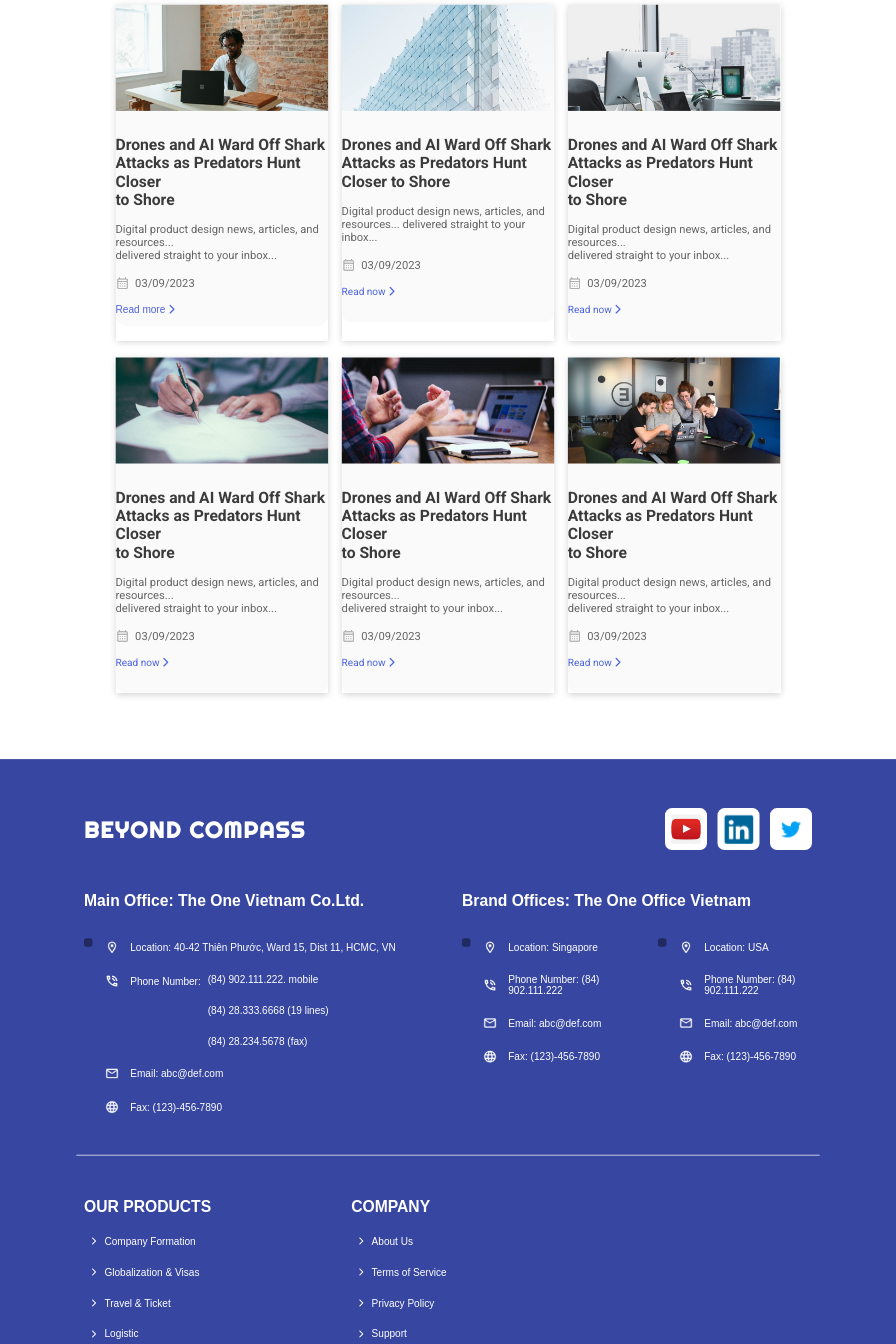
Repository: trunghau06/baitapRn
Page: pages/news.html
The author's editor kept a copy of each file at every save. The page is drawn from the files as they stood at one save, then again after a run of saves.
The browser window is 1280 px wide. The pictures show the part of the page from y = 888 to 2808 px (the page is 3019 px tall before and 2998 px after), at 70% of full size.

Above is the page before, as saved 2025-10-09 23:55:55.

### pages/news.html
<!DOCTYPE html>
<html lang="en">
<head>
    <meta charset="UTF-8">
    <meta name="viewport" content="width=device-width, initial-scale=1.0">
    <title>News</title>
    <link rel="stylesheet" href="../style/news.css?v=1">
    <link rel="stylesheet" href="https://cdnjs.cloudflare.com/ajax/libs/font-awesome/6.5.1/css/all.min.css">
    <link href="https://fonts.googleapis.com/css2?family=Roboto:wght@400;700&display=swap" rel="stylesheet">
</head>
<body>
    <!-- Thanh Header -->
    <header>
        <div class="header-Page">
            <!-- Logo -->
            <div class="logo">BEYOND COMPASS</div>

            <!-- Navigation Menu -->
            <nav>
                <ul>
                    <li><a href="../index.html"              >HOME        </a></li>
                    <li><a href="about.html"              >ABOUT US    </a></li>
                    <li><a href="product.html"            >OUR PRODUCTS</a></li>
                    <li><a href="news.html" class="active">NEWS        </a></li>
                    <li><a href="team.html"               >OUR TEAM    </a></li>
                    <li><a href="contact.html"            >CONTACT     </a></li>
                    <li><a href="blogs.html"              >BLOGS       </a></li>
                </ul>
            </nav>
        </div>
    </header>

    <div class="header-banner"></div>

    <!-- Gioi Thieu -->
    <div class="introduce-Page">
        <svg class="hexagon-small-double" viewBox="0 0 100 115" xmlns="http://www.w3.org/2000/svg">
            <polygon points="50 10, 85 30, 85 70, 50 90, 15 70, 15 30"
                    fill="#C8CFF6"
                    stroke="none"/>
            <polygon points="50 -2, 97 20, 97 80, 50 102, 3 80, 3 20"
                    fill="none"
                    stroke="#C8CFF6"
                    stroke-width="10"/>
        </svg>

        <div class="hexagon hexagon-large"></div>

         <svg class="hexagon-outline" viewBox="0 0 100 115" xmlns="http://www.w3.org/2000/svg">
            <polygon points="50 0, 93 25, 93 75, 50 100, 7 75, 7 25"
                    fill="none"
                    stroke="#C8CFF6"
                    stroke-width="2"
                    stroke-dasharray="5, 5"/>
        </svg>

        <svg class="pentagon-outline" viewBox="0 0 100 100" xmlns="http://www.w3.org/2000/svg">
            <defs>
                <linearGradient id="strokeHalfColor" x1="0%" y1="0%" x2="100%" y2="0%">
                    <stop offset="50%" style="stop-color:#FFFFFF;stop-opacity:1" />
                    <stop offset="50%" style="stop-color:#C8CFF6;stop-opacity:1" />
                </linearGradient>
            </defs>
            <polygon points="50 5, 95 40, 80 90, 20 90, 5 40"
                    fill="none"
                    stroke="url(#strokeHalfColor)"
                    stroke-width="3"
                    transform="rotate(30 50 50)"/>
        </svg>

        <svg class="pentagon-filled" viewBox="0 0 100 100" xmlns="http://www.w3.org/2000/svg">
            <polygon points="50 5, 95 40, 80 90, 20 90, 5 40"
                    fill="#C8CFF6"
                    stroke="#C8CFF6"
                    stroke-width="3"/>
        </svg>

        <h1>News</h1>

        <h3>Unveiling the Latest Developments Shaping the World</h3>
    </div>

    <div class="featured-article">
        <div class="main-featured">
            <div class="main-featured-content">
                <h3>
                    Company mission 2023
                </h3>

                <p>
                    A weekly email with our favorite articles about design, front-end
                    development, technology, and start. A collection of daily UI challenges for
                    your inspiration
                </p>

                <div class="calendar">
                    <img src="../Images/ic_calendar.png" alt="">

                    <p>03/09/2023</p>
                </div>

                <div class="detail">
                    <p>Read now <i class="fas fa-chevron-right"></i></p>
                </div>
            </div>

            <div class="main-featured-image">
                <img src="../Images/image_new_1.jpg" alt="Featured Article">
            </div>
        </div>

        <div class="box-section">
            <!-- box 1 -->
            <div class="box">
                <img src="../Images/image_new_2.jpg" alt="">

                <div class="content-box">
                    <h4>
                        Drones and AI Ward Off Shark
                        Attacks as Predators Hunt Closer <br>
                        to Shore
                    </h4>

                    <p>
                        Digital product design news, articles, and resources...<br>
                        delivered straight to your inbox...
                    </p>

                    <div class="calendar-Box">
                        <img src="../Images/ic_calendar.png" alt="">

                        <p>03/09/2023</p>
                    </div>

                    <div class="detail-Box">
                        <a href="detailNews.html">Read more <i class="fas fa-chevron-right"></i></a>
                    </div>
                </div>
            </div>

            <!-- box 2 -->
            <div class="box">
                <img src="../Images/image_new_3.jpg" alt="">

                <div class="content-box">
                    <h4>
                        Drones and AI Ward Off Shark
                        Attacks as Predators Hunt Closer
                        to Shore
                    </h4>

                    <p>
                        Digital product design news, articles, and resources...
                        delivered straight to your inbox...
                    </p>

                    <div class="calendar-Box">
                        <img src="../Images/ic_calendar.png" alt="">

                        <p>03/09/2023</p>
                    </div>

                    <div class="detail-Box">
                        <p>Read now <i class="fas fa-chevron-right"></i></p>
                    </div>
                </div>
            </div>

            <!-- box 3 -->
            <div class="box">
                <img src="../Images/image_new_4.jpg" alt="">

                <div class="content-box">
                    <h4>
                        Drones and AI Ward Off Shark<br>
                        Attacks as Predators Hunt Closer <br>
                        to Shore
                    </h4>

                    <p>
                        Digital product design news, articles, and resources...<br>
                        delivered straight to your inbox...
                    </p>

                    <div class="calendar-Box">
                        <img src="../Images/ic_calendar.png" alt="">

                        <p>03/09/2023</p>
                    </div>

                    <div class="detail-Box">
                        <p>Read now <i class="fas fa-chevron-right"></i></p>
                    </div>
                </div>
            </div>

            <!-- box 4 -->
            <div class="box">
                <img src="../Images/image_new_5.jpg" alt="">

                <div class="content-box">
                    <h4>
                        Drones and AI Ward Off Shark<br>
                        Attacks as Predators Hunt Closer <br>
                        to Shore
                    </h4>

                    <p>
                        Digital product design news, articles, and resources...<br>
                        delivered straight to your inbox...
                    </p>

                    <div class="calendar-Box">
                        <img src="../Images/ic_calendar.png" alt="">

                        <p>03/09/2023</p>
                    </div>

                    <div class="detail-Box">
                        <p>Read now <i class="fas fa-chevron-right"></i></p>
                    </div>
                </div>
            </div>

            <!-- box 5 -->
            <div class="box">
                <img src="../Images/image_new_6.jpg" alt="">

                <div class="content-box">
                    <h4>
                        Drones and AI Ward Off Shark<br>
                        Attacks as Predators Hunt Closer <br>
                        to Shore
                    </h4>

                    <p>
                        Digital product design news, articles, and resources...<br>
                        delivered straight to your inbox...
                    </p>

                    <div class="calendar-Box">
                        <img src="../Images/ic_calendar.png" alt="">

                        <p>03/09/2023</p>
                    </div>

                    <div class="detail-Box">
                        <p>Read now <i class="fas fa-chevron-right"></i></p>
                    </div>
                </div>
            </div>

            <!-- box 6 -->
            <div class="box">
                <img src="../Images/image_new_7.jpg" alt="">

                <div class="content-box">
                    <h4>
                        Drones and AI Ward Off Shark<br>
                        Attacks as Predators Hunt Closer <br>
                        to Shore
                    </h4>

                    <p>
                        Digital product design news, articles, and resources...<br>
                        delivered straight to your inbox...
                    </p>

                    <div class="calendar-Box">
                        <img src="../Images/ic_calendar.png" alt="">

                        <p>03/09/2023</p>
                    </div>

                    <div class="detail-Box">
                        <p>Read now <i class="fas fa-chevron-right"></i></p>
                    </div>
                </div>
            </div>
        </div>
    </div>

    <!-- Footer -->
    <div class="footer">
        <!-- Header -->
        <div class="header-Footer">
            <h2>BEYOND COMPASS</h2>
            <div class="social-icons">
                <button><img src="../Images/youtube.png" alt="YouTube"></button>
                <button><img src="../Images/logo_linkedin.png" alt="LinkedIn"></button>
                <button><img src="../Images/image.png" alt="Twitter"></button>
            </div>
        </div>

        <!-- Offices -->
        <div class="offices">
            <!-- Main Office -->
            <div class="office">
                <h3>Main Office: The One Vietnam Co.Ltd.</h3>
                <div class="office-info">
                    <span class="square"></span>

                    <div class="content-info">
                        <p><img src="../Images/ic_map.png" alt="">Location: 40-42 Thiên Phước, Ward 15, Dist 11, HCMC, VN</p>

                        <div class="phone-group">
                            <p><img src="../Images/ic_phone.png" alt="">Phone Number: </p>

                            <div class="phone">
                                <p>(84) 902.111.222. mobile</p>
                                <p>(84) 28.333.6668 (19 lines)</p>
                                <p>(84) 28.234.5678 (fax)</p>
                            </div>
                        </div>

                        <p><img src="../Images/ic_email.png" alt="">Email: abc@def.com</p>
                        <p><img src="../Images/ic_global.png" alt="">Fax: (123)-456-7890</p>
                    </div>
                </div>
            </div>

            <!-- Brand Offices -->
            <div class="office">
                <h3>Brand Offices: The One Office Vietnam</h3>
                <div class="brand-offices">
                    <div class="office-info">
                        <span class="square"></span>

                        <div class="content-info">
                            <p><img src="../Images/ic_map.png" alt="Location">Location: Singapore</p>
                            <p><img src="../Images/ic_phone.png" alt="Phone">Phone Number: (84) 902.111.222</p>
                            <p><img src="../Images/ic_email.png" alt="Email">Email: abc@def.com</p>
                            <p><img src="../Images/ic_global.png" alt="Fax">Fax: (123)-456-7890</p>
                        </div>
                    </div>

                    <div class="office-info">
                        <span class="square"></span>

                        <div class="content-info">
                            <p><img src="../Images/ic_map.png" alt="">Location: USA</p>
                            <p></span><img src="../Images/ic_phone.png" alt="">Phone Number: (84) 902.111.222</p>
                            <p></span><img src="../Images/ic_email.png" alt="">Email: abc@def.com</p>
                            <p></span><img src="../Images/ic_global.png" alt="">Fax: (123)-456-7890</p>
                        </div>
                    </div>
                </div>
            </div>
        </div>

        <div class="line"></div>

        <div class="footer-links">
            <div class="link-column">
            <h4>OUR PRODUCTS</h4>
            <ul>
                <li><i class="fas fa-chevron-right"></i> Company Formation</li>
                <li><i class="fas fa-chevron-right"></i> Globalization & Visas</li>
                <li><i class="fas fa-chevron-right"></i> Travel & Ticket</li>
                <li><i class="fas fa-chevron-right"></i> Logistic</li>
                <li><i class="fas fa-chevron-right"></i> Virtual Office</li>
            </ul>
            </div>

            <div class="link-column">
            <h4>COMPANY</h4>
            <ul>
                <li><i class="fas fa-chevron-right"></i> About Us</li>
                <li><i class="fas fa-chevron-right"></i> Terms of Service</li>
                <li><i class="fas fa-chevron-right"></i> Privacy Policy</li>
                <li><i class="fas fa-chevron-right"></i> Support</li>
            </ul>
            </div>
        </div>

        <footer class="footer-bottom">
            <p>Copyright © 2023 by THEONEVIETNAM.COM. All rights reserved. Designed by Tuyet Nhi.</p>
        </footer>
    </div>
</body>
</html>

Loaded but not shown: style/news.css (544 lines, source omitted)

After the next 3 saves:
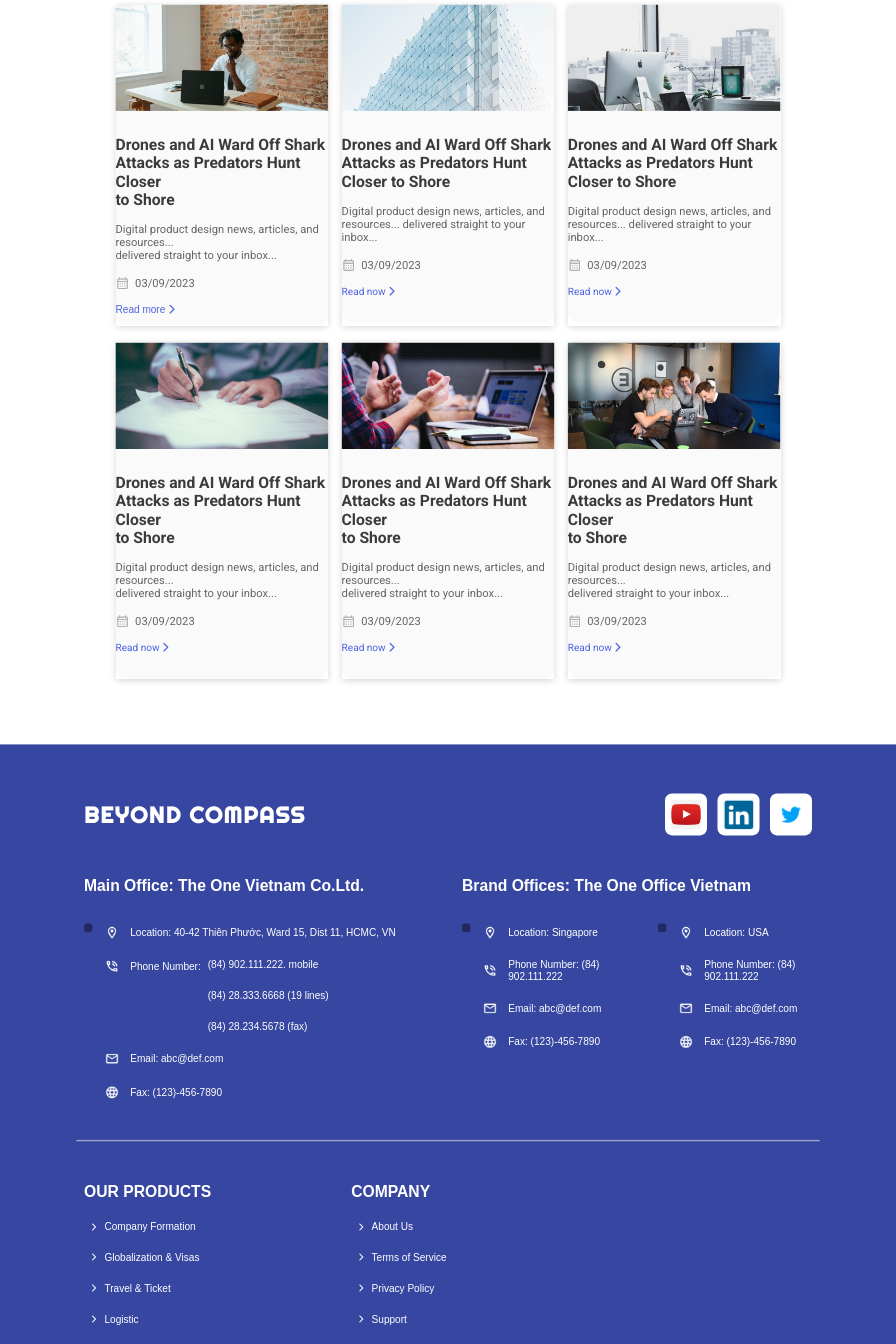
The 3 saves are shown as one change because they came seconds apart.
The last was saved 8 s later.
--- a/pages/news.html
+++ b/pages/news.html
@@ -172,13 +172,13 @@
 
                 <div class="content-box">
                     <h4>
-                        Drones and AI Ward Off Shark<br>
-                        Attacks as Predators Hunt Closer <br>
-                        to Shore
-                    </h4>
-
-                    <p>
-                        Digital product design news, articles, and resources...<br>
+                        Drones and AI Ward Off Shark
+                        Attacks as Predators Hunt Closer
+                        to Shore
+                    </h4>
+
+                    <p>
+                        Digital product design news, articles, and resources...
                         delivered straight to your inbox...
                     </p>
 
